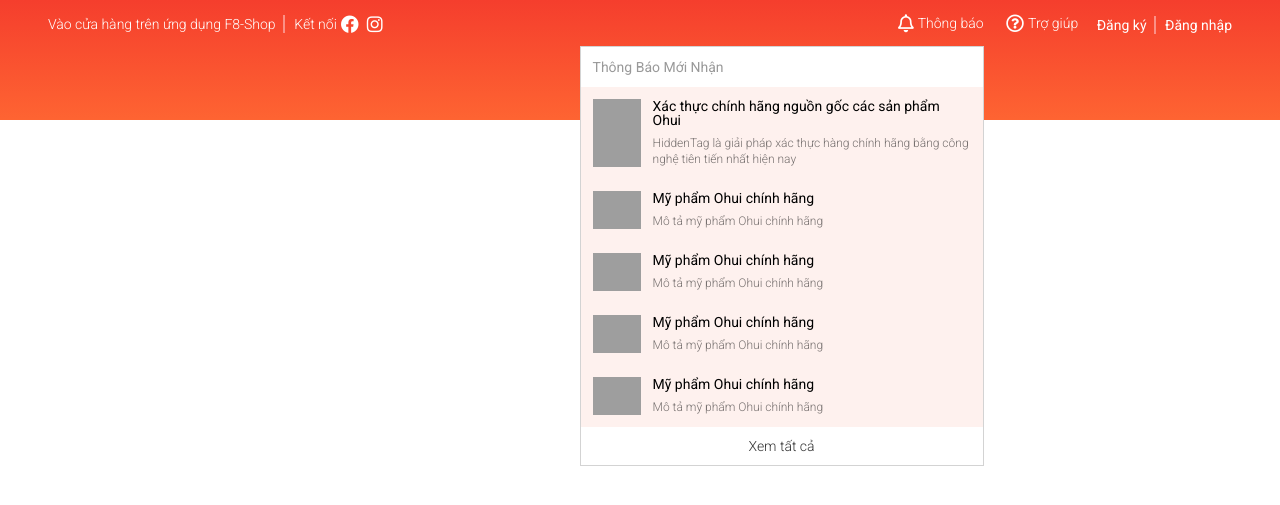
Repository: vanntrong/F8-Shop
Page: index.html
The author's editor kept a copy of each file at every save. The page is drawn from the files as they stood at one save, then again after the next save.
The browser window is 1280 px wide. The pictures show the whole page.
Pictures or frames that could not be fetched are drawn as grey boxes.

Above is the page before, as saved 2021-09-01 18:38:53.

After the next save:
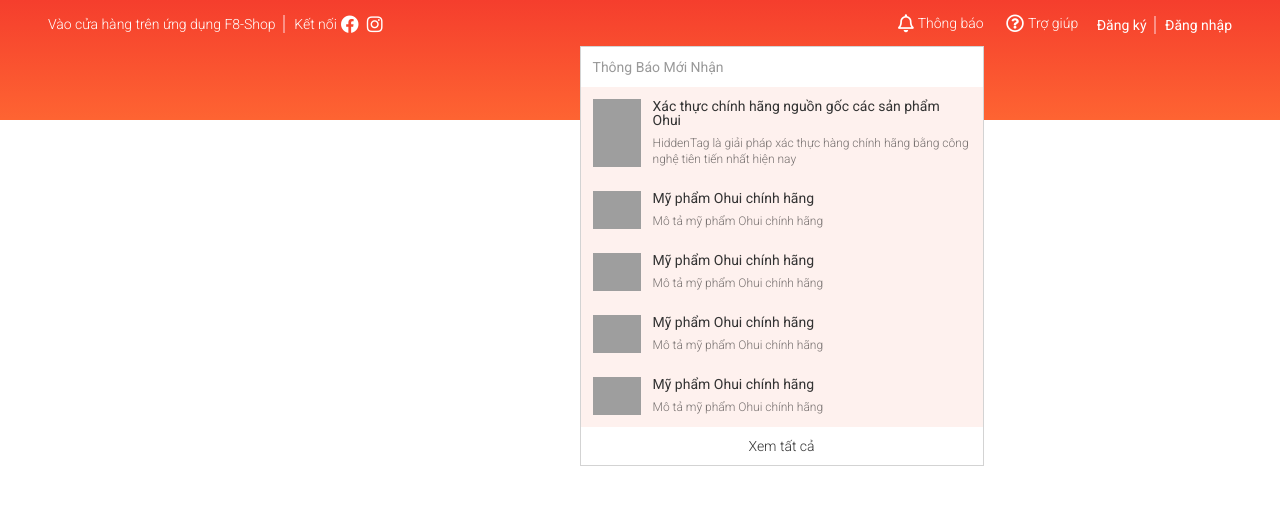
Saved 38 s later.
--- a/assets/css/main.css
+++ b/assets/css/main.css
@@ -157,7 +157,7 @@
 .header__notify-name {
   display: block;
   font-size: 1.4rem;
-  color: var(--black-color);
+  color: var(--text-color);
   font-weight: 400;
 }
 .header__notify-desc {
